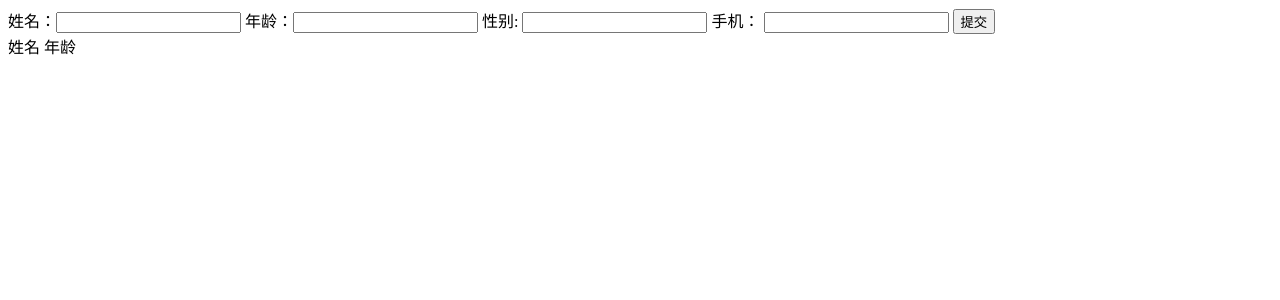
Repository: 1404413577/jsdemo
Page: small-demo/录入信息.html
An editor plug-in stored every save of this project. The page is shown before and after the next save, followed by the edit.
The browser window is 1280 px wide. The pictures show the whole page.

Above is the page before, as saved 2022-11-20 15:20:19.

### small-demo/录入信息.html
<!DOCTYPE html>
<html lang="en">
<head>
    <meta charset="UTF-8">
    <meta http-equiv="X-UA-Compatible" content="IE=edge">
    <meta name="viewport" content="width=device-width, initial-scale=1.0">
    <title>Document</title>
</head>
<body>
    <div>
        姓名：<input type="text">
        年龄：<input type="text">
        性别: <input type="number">
        手机： <input type="text">
        <button type="submit">提交</button>
    </div>
    <div>
        <tr>
            <td>姓名</td>
            <td>年龄</td>
        </tr>
    </div>
</body>
</html>

After the next save:
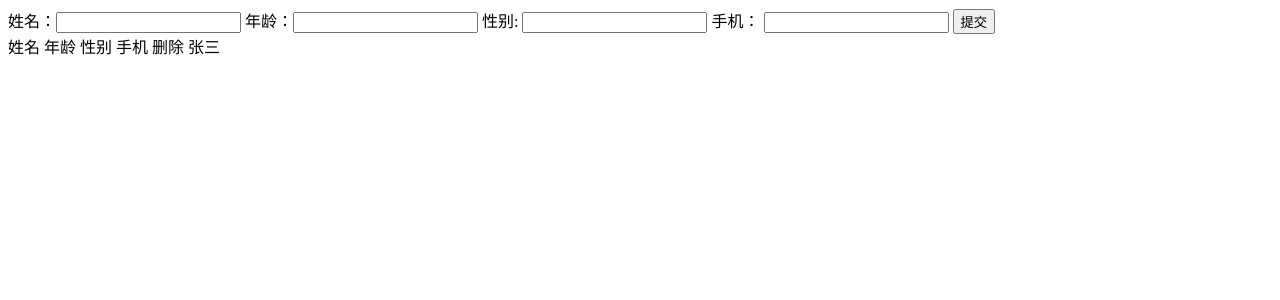
Saved 71 s later.
--- a/small-demo/录入信息.html
+++ b/small-demo/录入信息.html
@@ -18,6 +18,12 @@
         <tr>
             <td>姓名</td>
             <td>年龄</td>
+            <td>性别</td>
+            <td>手机</td>
+            <td>删除</td>
+        </tr>
+        <tr>
+            <td>张三</td>
         </tr>
     </div>
 </body>
